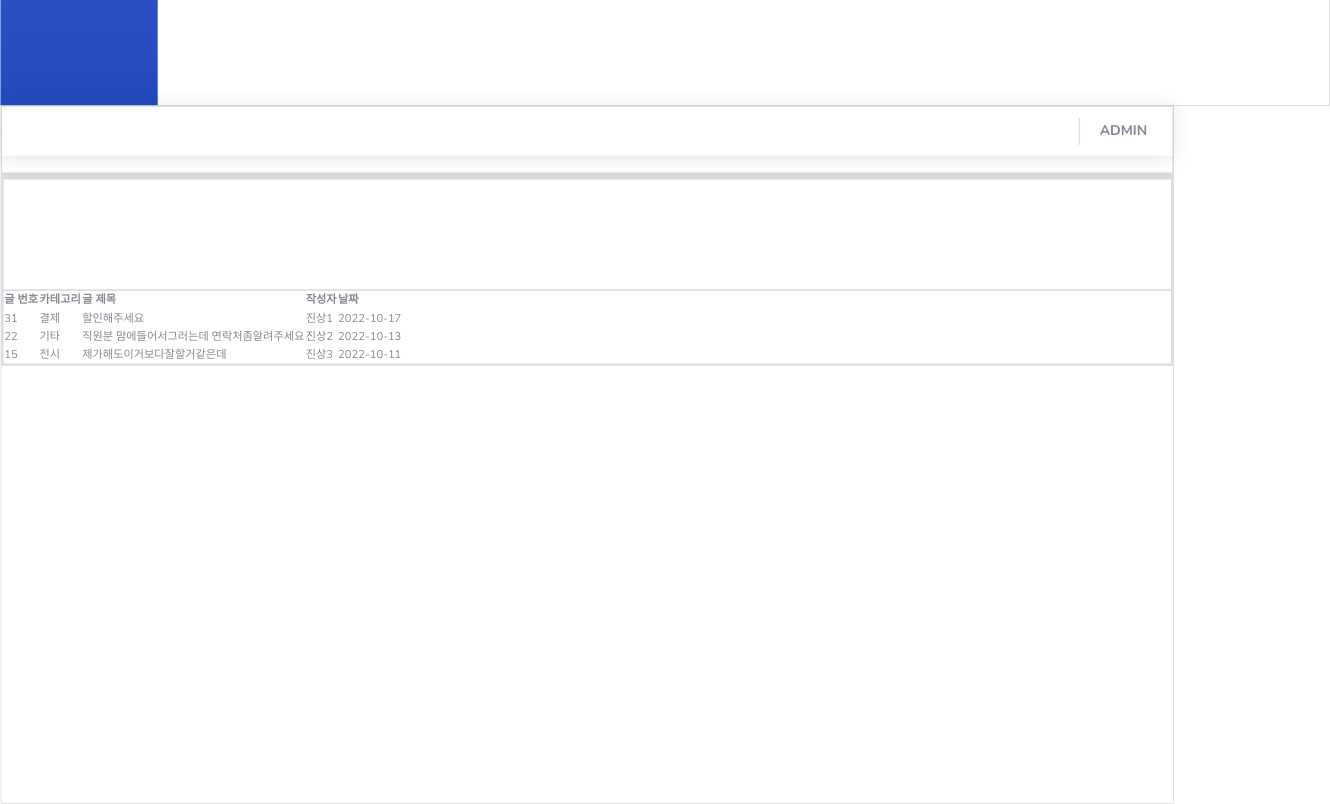
Repository: pshysd/SEMI_PROJECT
Page: http://localhost/JVArtCenter/views/admin/adminMain.jsp
These files come from the project's save history. The page is drawn as it stood at one moment and after the next save; the edit follows.
The browser window is 1280 px wide. The page is 1900 px wide, so the pictures cover 1900 px, including what lies to the right of the window. The pictures show the part of the page from y = 848 to 2128 px (the page is 1997 px tall before and 2930 px after), at 70% of full size.
Some web libraries are served in a nearby version. The page is served by Tomcat 9. Nobody is signed in. The application's start-up code is not run.

Above is the page before, as saved 2022-10-27 06:56:32.
Console error: TypeError: Cannot read properties of null (reading 'getContext')

After the next save:
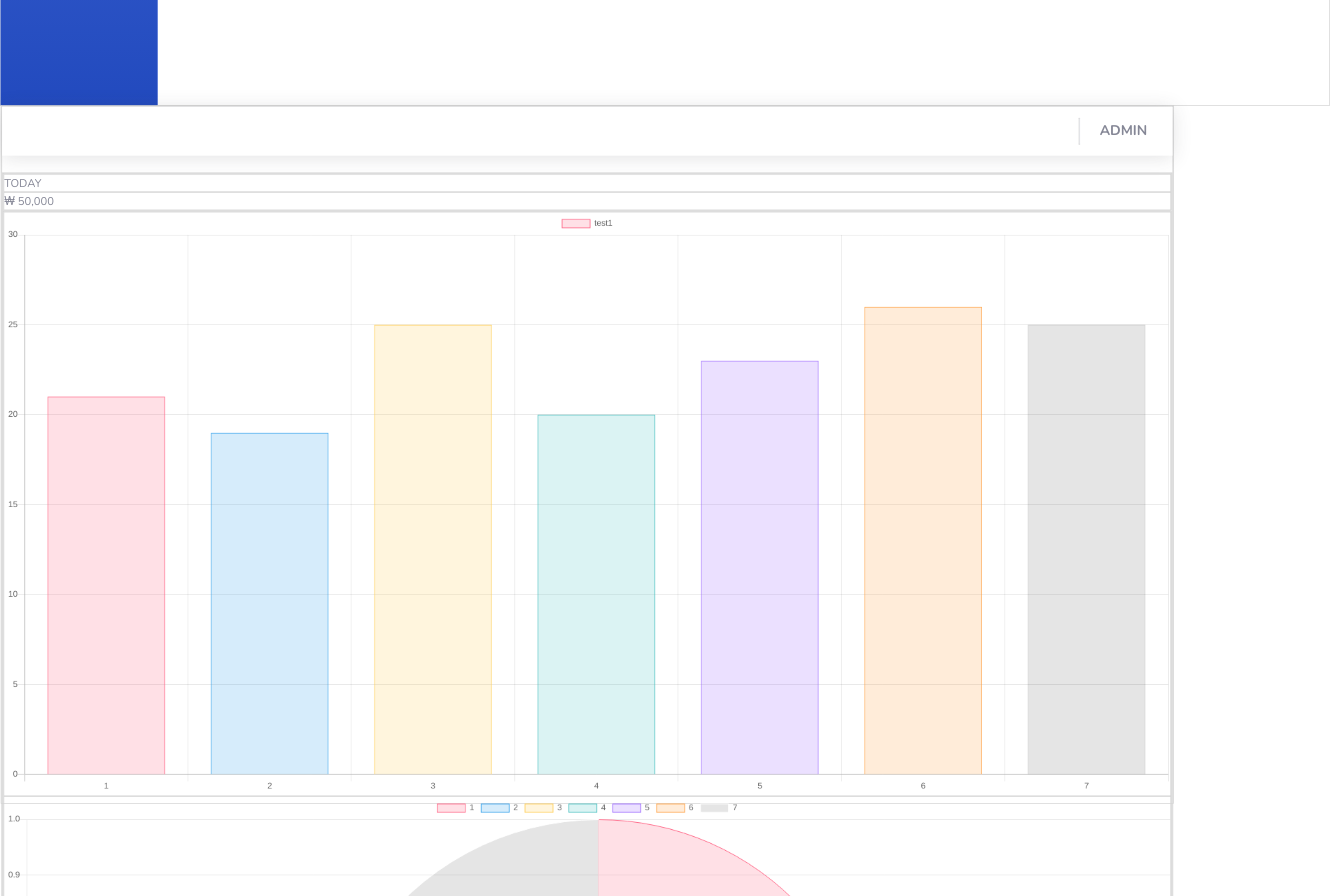
Console error: TypeError: Cannot read properties of null (reading 'length')
Saved 30 min 21 s later.
--- a/JVArtCenter/WebContent/views/admin/adminMain.jsp
+++ b/JVArtCenter/WebContent/views/admin/adminMain.jsp
@@ -48,8 +48,13 @@
 div {
 	border: 1px solid lightgrey;
 }
+
 /* 완성하면 지워야됨 */
 ;
+.rows {
+	width: 100%;
+	height: 25%;
+}
 #accordionSidebar {
 	width: 224px;
 }
@@ -79,23 +84,26 @@ div {
 				<%@ include file="adminTopbar.jsp"%>
 
 				<div id="admin_contents">
-					<!-- 첫번째 줄 // 월 매출 ? -->
+					<!-- 첫번째 줄 // 뭔 매출이였지 일단 오늘 -->
 					<div class="rows">
-						<div id="today"></div>
-						<div id="week"></div>
-						<div id="month"></div>
+						<div id="today">TODAY</div>
+						<div id="todayee">₩ 50,000</div>
 					</div>
 
-					<!-- 두번째 줄 // 연간 매출, 성별별 통계 -->
+					<!-- 두번째 줄 // 월간 매출, 성별별 통계 -->
 					<div class="rows">
-						<canvas id="perMonth"></canvas>
-						<canvas id="perYear"></canvas>
+						<div class="barChart">
+							<canvas id="perMonth"></canvas>
+						</div>
+						<div class="circleChart">
+							<canvas id="gender"></canvas>
+						</div>
 					</div>
 					<!-- 차트 js영역 -->
 					<script type="text/javascript">
-						var context = document.getElementById('myChart')
+						var barContext = document.getElementById('perMonth')
 								.getContext('2d');
-						var myChart = new Chart(context, {
+						var perMonth = new Chart(barContext, {
 							type : 'bar', // 차트의 형태
 							data : { // 차트에 들어갈 데이터
 								labels : [
@@ -127,6 +135,51 @@ div {
 								} ]
 							},
 							options : {
+								maintainaspectratio : false,
+								scales : {
+									yAxes : [ {
+										ticks : {
+											beginAtZero : true
+										}
+									} ]
+								}
+							}
+						});
+						var CircleContext = document.getElementById('gender')
+								.getContext('2d');
+						var gender = new Chart(CircleContext, {
+							type : 'doughnut', // 차트의 형태
+							data : { // 차트에 들어갈 데이터
+								labels : [
+								//x 축
+								'1', '2', '3', '4', '5', '6', '7' ],
+								datasets : [ { //데이터
+									label : 'test1', //차트 제목
+									fill : false, // line 형태일 때, 선 안쪽을 채우는지 안채우는지
+									data : [ 21, 19, 25, 20, 23, 26, 25 //x축 label에 대응되는 데이터 값
+									],
+									backgroundColor : [
+									//색상
+									'rgba(255, 99, 132, 0.2)',
+											'rgba(54, 162, 235, 0.2)',
+											'rgba(255, 206, 86, 0.2)',
+											'rgba(75, 192, 192, 0.2)',
+											'rgba(153, 102, 255, 0.2)',
+											'rgba(255, 159, 64, 0.2)' ],
+									borderColor : [
+									//경계선 색상
+									'rgba(255, 99, 132, 1)',
+											'rgba(54, 162, 235, 1)',
+											'rgba(255, 206, 86, 1)',
+											'rgba(75, 192, 192, 1)',
+											'rgba(153, 102, 255, 1)',
+											'rgba(255, 159, 64, 1)' ],
+									borderWidth : 1
+								//경계선 굵기
+								} ]
+							},
+							options : {
+								maintainaspectratio : false,
 								scales : {
 									yAxes : [ {
 										ticks : {
@@ -141,7 +194,7 @@ div {
 						-> 글 제목 클릭 시 상세페이지
 					-->
 					<div>
-						<table>
+						<table style="text-align: center">
 							<thead>
 								<tr>
 									<th>글 번호</th>
